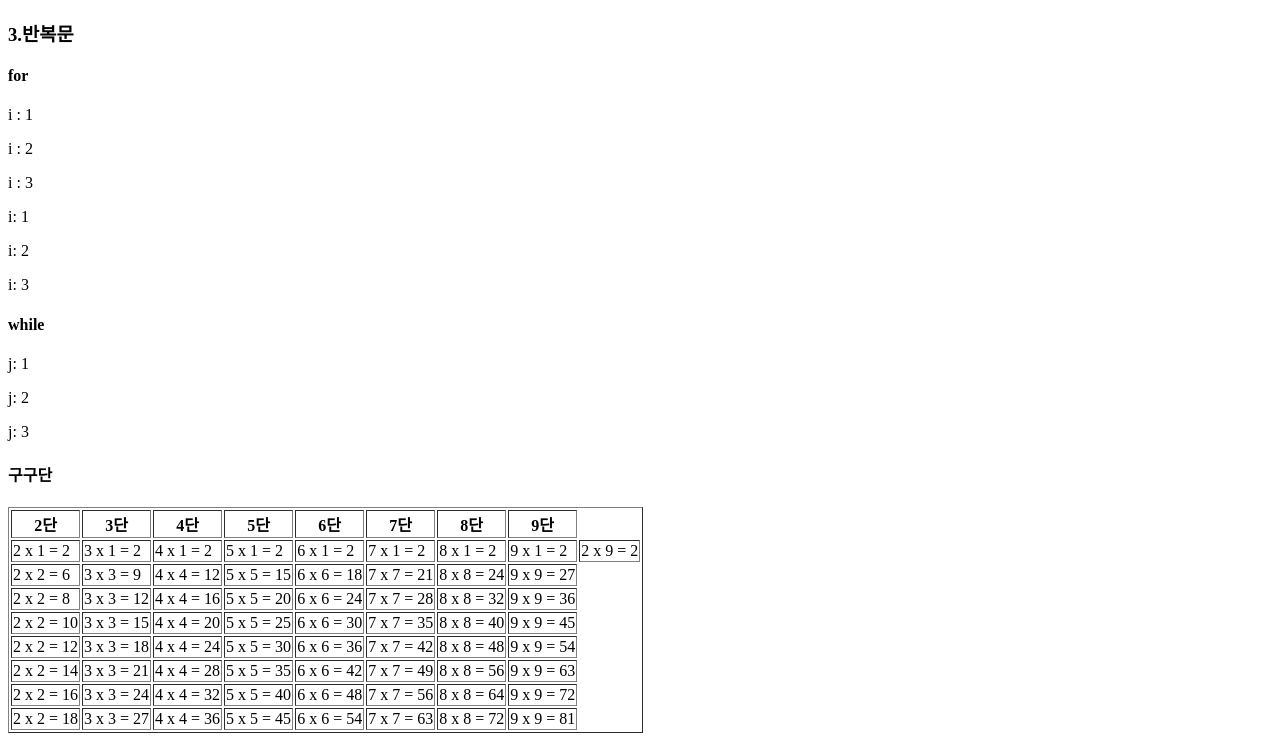
Repository: yun-setenforce/JSP
Page: http://localhost/Ch02/3_loop.jsp
These files come from the project's save history. The page is drawn as it stood at one moment and after the next save; the edit follows.
The browser window is 1280 px wide. The pictures show the whole page.
The page is served by Tomcat 9. Other server files are loaded and not shown.

Above is the page before, as saved 2023-07-24 02:31:14.

### Ch02/src/main/webapp/3_loop.jsp
<%@ page contentType="text/html;charset=UTF-8" pageEncoding="UTF-8"%>
<!DOCTYPE html>
<html>
	<head>
		<meta charset="UTF-8">
		<title>3_loop</title>
		<%--
			날짜 : 2023/07/24
			이름 : 정채윤
			내용 : JSP 스크립트릿 반복문 실습하기
		--%>
	</head>
	<body>
		<h3>3.반복문</h3>

		<h4>for</h4>
		<%
			for(int i=1; i<=3; i++){
				out.print("<p>i : " + i + "</p>");
			}
		%>

		<% for(int i=1; i<=3;i++){ %>
			<p>i: <%=i %></p>
		<% } %>

		<h4>while</h4>
		<%
			int j = 1;
			while(j<=3){
		%>
			<p>j: <%=j %></p>
		<%
				j++;
			}
		%>

		<h4>구구단</h4>
		<table border="1">
			<tr>
				<th>2단</th>
				<th>3단</th>
				<th>4단</th>
				<th>5단</th>
				<th>6단</th>
				<th>7단</th>
				<th>8단</th>
				<th>9단</th>
			</tr>
			<tr>
				<td>2 x 1 = 2</td>
				<td>3 x 1 = 2</td>
				<td>4 x 1 = 2</td>
				<td>5 x 1 = 2</td>
				<td>6 x 1 = 2</td>
				<td>7 x 1 = 2</td>
				<td>8 x 1 = 2</td>
				<td>9 x 1 = 2</td>
				<td>2 x 9 = 2</td>
			</tr>
			<%
			for(int a=3;a<10;a++){
			%>
			<tr>
			<%
				for(int b=2; b<10; b++){
			%>
				<td><%=b %> x <%=b %> = <%=a*b %> </td>
			<%
				}
			%>
			</tr>
			<%
			}
			%>
		</table>
	</body>
</html>

After the next save:
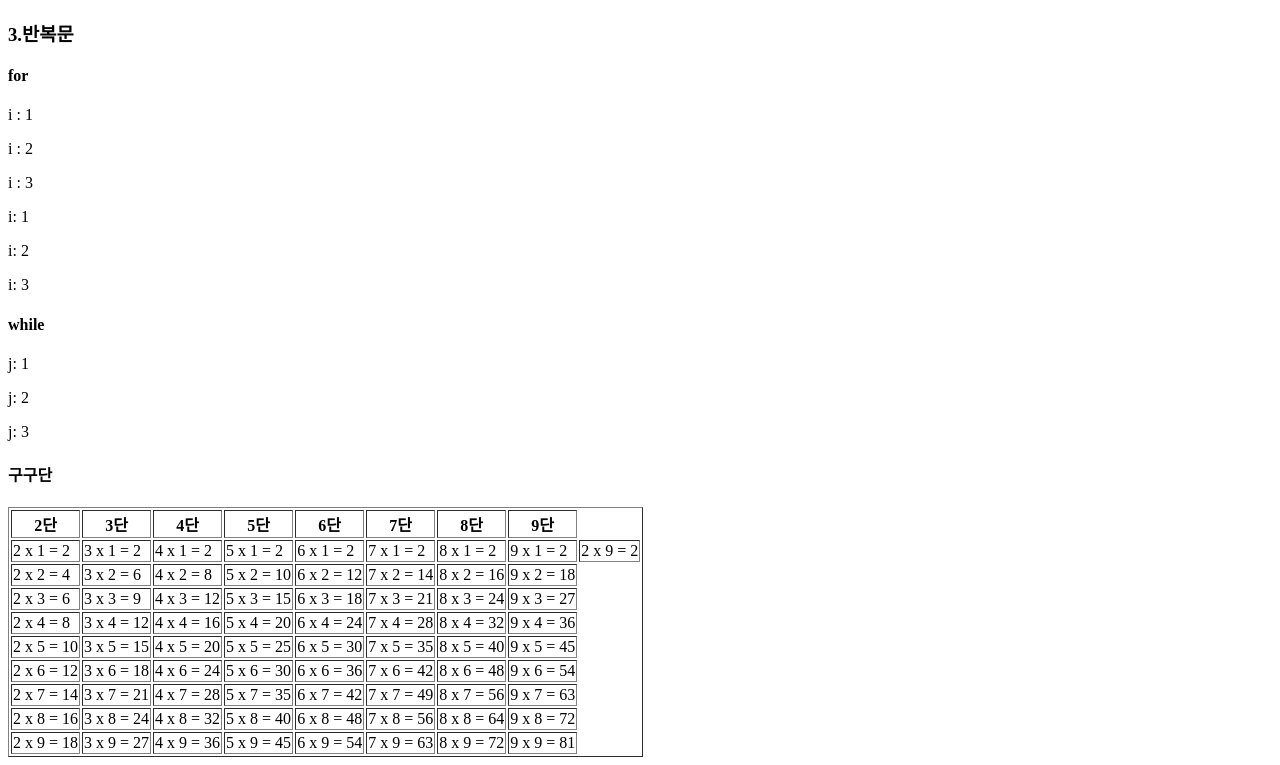
Saved 9 s later.
--- a/Ch02/src/main/webapp/3_loop.jsp
+++ b/Ch02/src/main/webapp/3_loop.jsp
@@ -59,13 +59,13 @@
 				<td>2 x 9 = 2</td>
 			</tr>
 			<%
-			for(int a=3;a<10;a++){
+			for(int a=2;a<10;a++){
 			%>
 			<tr>
 			<%
 				for(int b=2; b<10; b++){
 			%>
-				<td><%=b %> x <%=b %> = <%=a*b %> </td>
+				<td><%=b %> x <%=a %> = <%=a*b %> </td>
 			<%
 				}
 			%>
